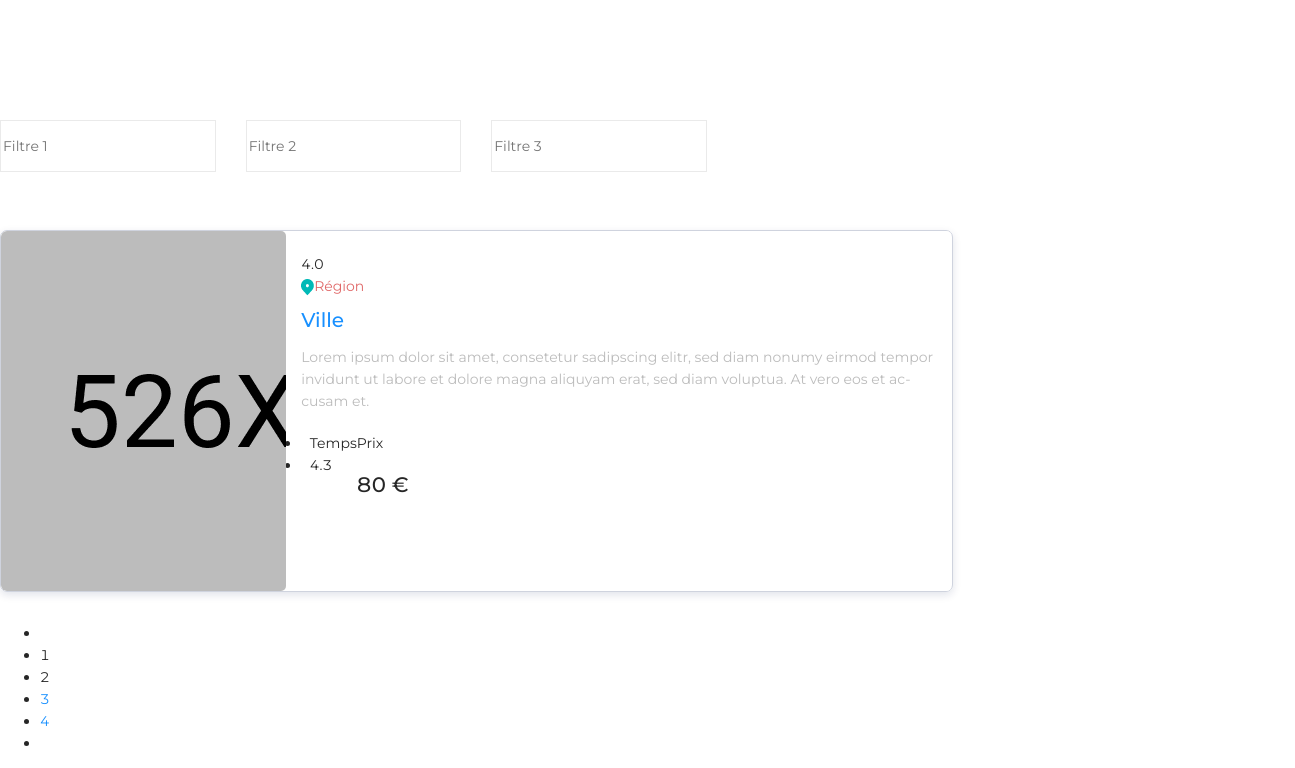
Repository: Emerson1220/projet-neofeel-lacapsule
Page: /roadPlanner (app in reactapp/)
These files come from the project's save history. The page is drawn as it stood at one moment and after the next save; the edit follows.
The browser window is 1280 px wide. The page is 1295 px wide, so the pictures cover 1295 px, including what lies to the right of the window. The pictures show the whole page.
The project was rebuilt for these pictures with package versions that can differ from the ones it lists, and the page was loaded fresh each time. Also part of the build but not shown: reactapp/src/Nav.js, reactapp/src/ScreenHome.js.

Above is the page before, as saved 2021-05-18 11:22:01.

After the next save:
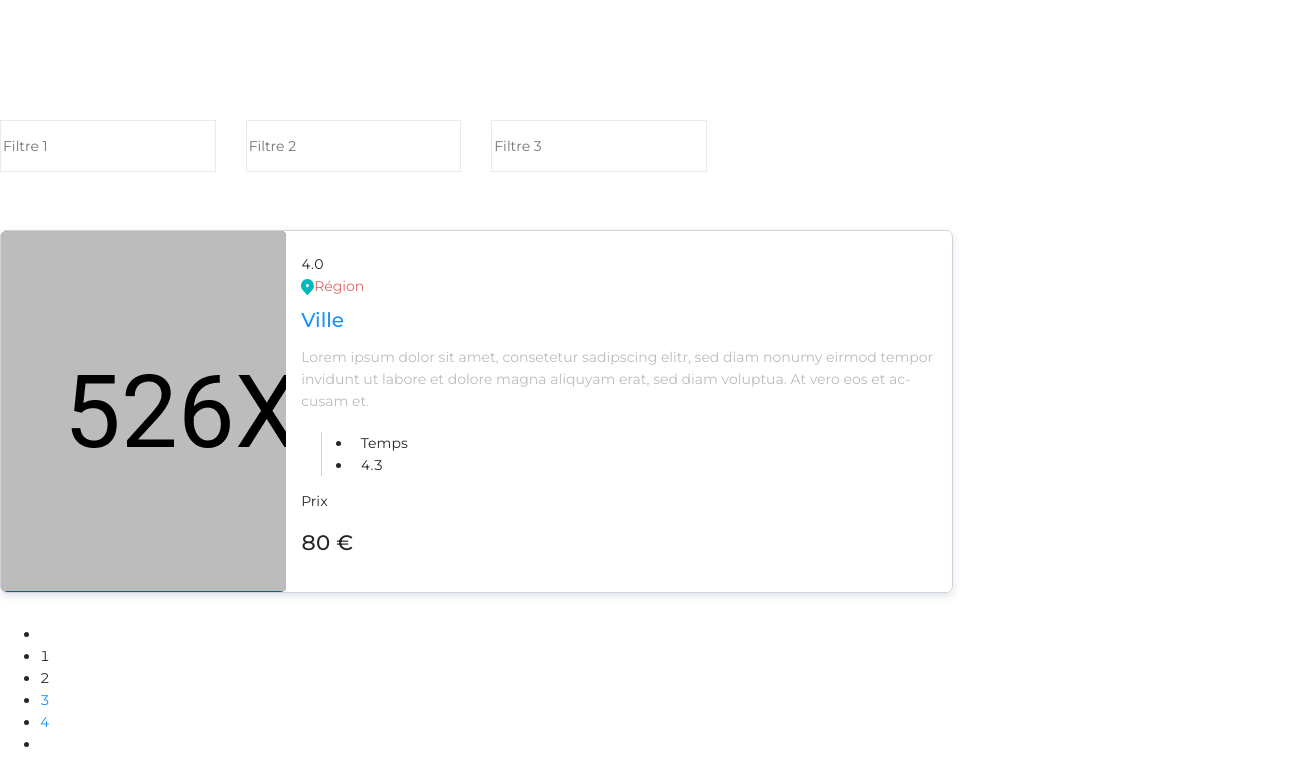
Saved 15 min 7 s later.
--- a/reactapp/src/screens/ScreenRoadPlanner.js
+++ b/reactapp/src/screens/ScreenRoadPlanner.js
@@ -238,14 +238,21 @@
         textRendering: 'auto',
         color: '#01B9B7',
         marginRight: '5px',
+    },
+
+    liste_price_content:{
+        paddingLeft: '30px',
+        marginLeft: '20px',
+        borderLeft: '1px solid #CFD3DE',
+        paddingTop: '0',
+    },
+
+
+
     }
 
 
 
-    }
-
-
-
 
 
 

After the save that followed:
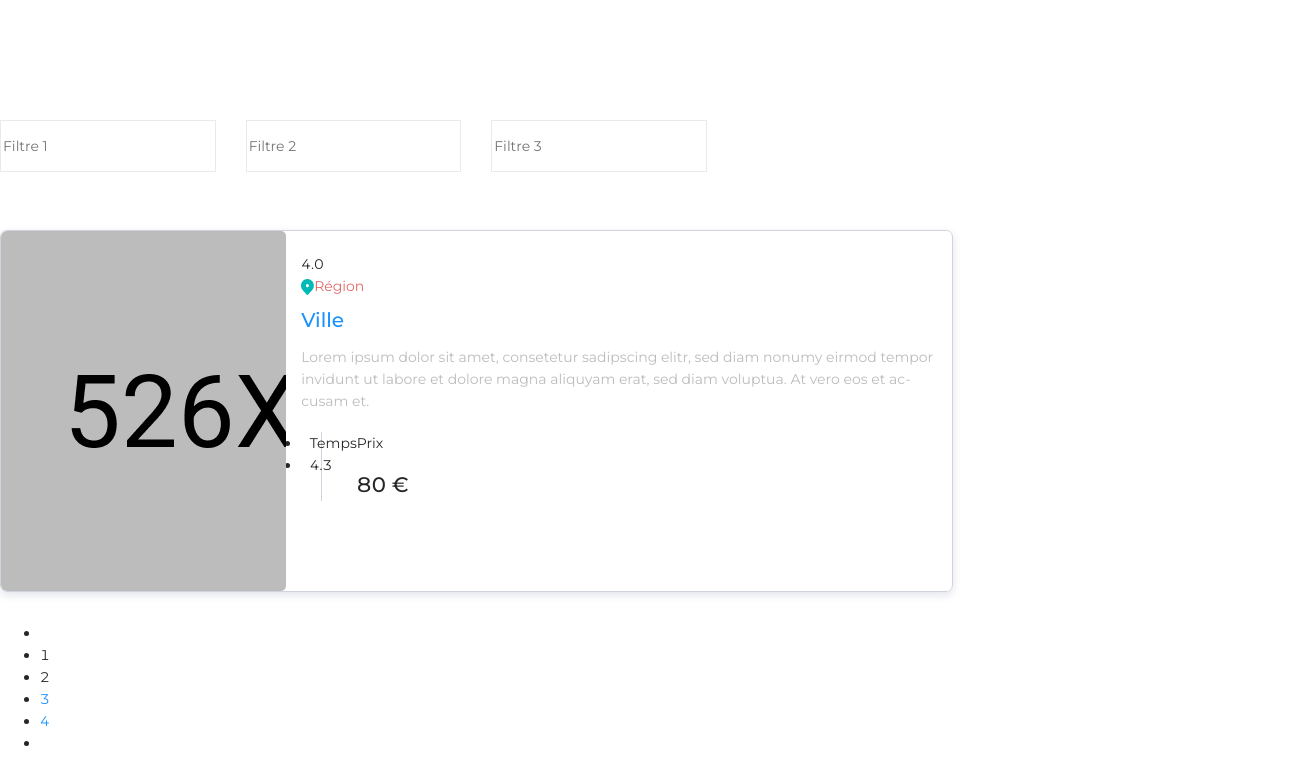
Saved 3 min 3 s later.
--- a/reactapp/src/screens/ScreenRoadPlanner.js
+++ b/reactapp/src/screens/ScreenRoadPlanner.js
@@ -63,7 +63,7 @@
                                                 <li><i style={ styles.icons_fa }/> Temps</li>
                                                 <li><i style={ styles.icons_fa }/> 4.3</li>
                                             </ul>
-                                            <div className="tp-price-meta d-inline-block">
+                                            <div style={ styles.liste_price_item }>
                                                 <p>Prix</p>
                                                 <h2>80 <span>€</span></h2>
                                             </div>
@@ -240,7 +240,7 @@
         marginRight: '5px',
     },
 
-    liste_price_content:{
+    liste_price_item:{
         paddingLeft: '30px',
         marginLeft: '20px',
         borderLeft: '1px solid #CFD3DE',
